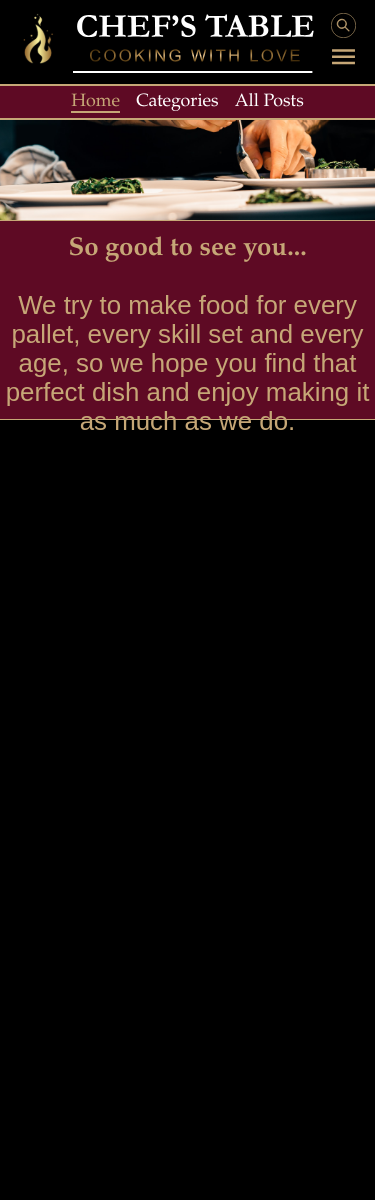
Repository: Noroff-FEU-Assignments/project-exam-1-runeunhjem
Page: index.html
An editor plug-in stored every save of this project. The page is shown before and after the next save, followed by the edit.
The browser window is 375 px wide. The pictures show the whole page.
The page's requests for data from a server got no answer.

Above is the page before, as saved 2023-05-01 13:54:00.

After the next save:
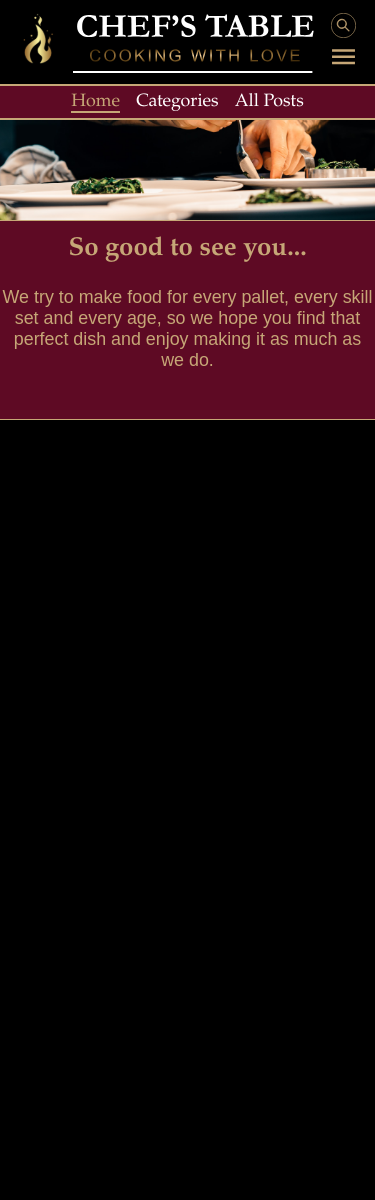
Saved 7 s later.
--- a/css/styles.css
+++ b/css/styles.css
@@ -203,7 +203,7 @@ main {
 .enjoy-note {
   margin: 0.5em auto;
   font-family: var(--font-family-normal);
-  font-size: calc(1.5rem + 0.5vw);
+  font-size: calc(1rem + 0.5vw);
   color: var(--color-gold);
 }
 
@@ -284,4 +284,4 @@ main {
     background-image: url(../images/hero-image.png);
     height: 100px;
   }
-}/*# sourceMappingURL=styles_20230501135400.css.map */
+}/*# sourceMappingURL=styles_20230501135407.css.map */
